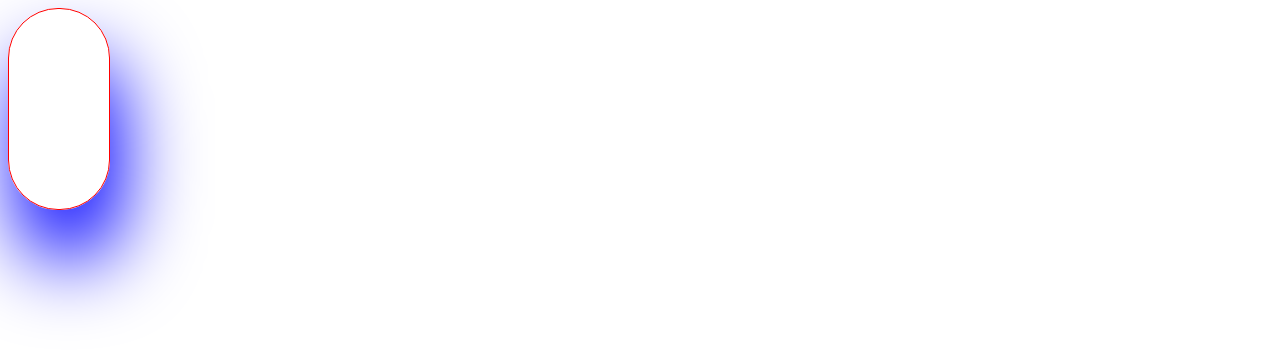
Repository: XiaoSheng-hub/vue_study
Page: css基础/Demo09.html
An editor plug-in stored every save of this project. The page is shown before and after the next save, followed by the edit.
The browser window is 1280 px wide. The pictures show the whole page.

Above is the page before, as saved 2022-03-29 13:37:07.

After the next save:
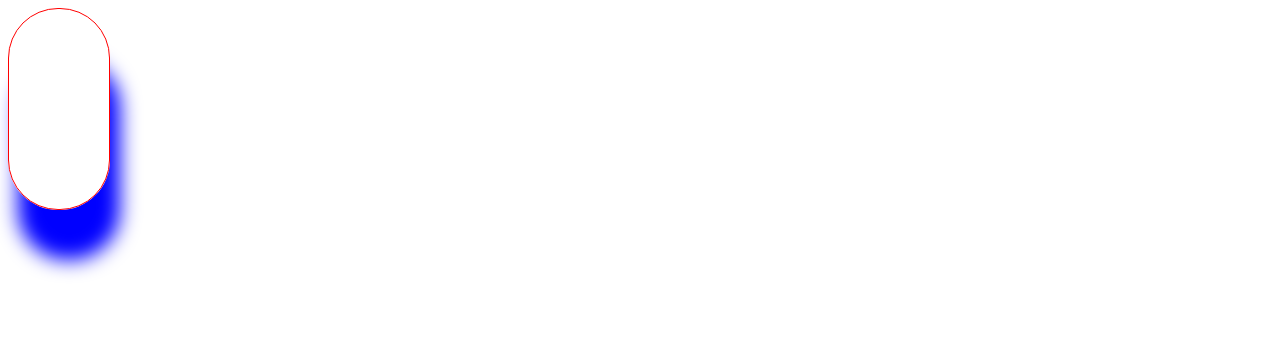
Saved 65 s later.
--- a/css基础/Demo09.html
+++ b/css基础/Demo09.html
@@ -11,7 +11,7 @@
             height: 200px;
             border: 1px solid red;
             border-radius: 50px;
-            box-shadow: 10px 50px 80px blue;
+            box-shadow: 10px 50px 20px blue;
         }
     </style>
 </head>
